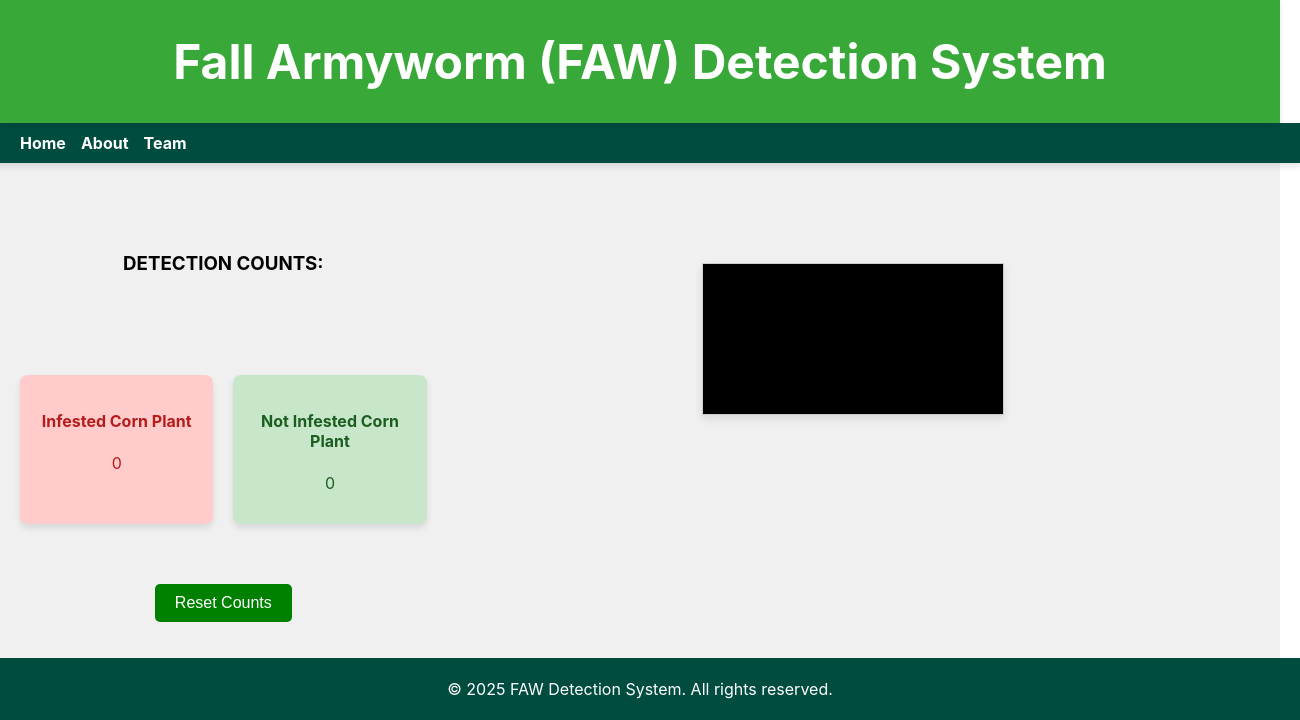
Repository: jansen223/faw-detection-main
Page: /
These files come from the project's save history. The page is drawn as it stood at one moment and after the next save; the edit follows.
The browser window is 1280 px wide. The page is 1300 px wide, so the pictures cover 1300 px, including what lies to the right of the window. The pictures show the whole page.
The page's requests for data from a server got no answer. The project was rebuilt for these pictures with package versions that can differ from the ones it lists, and the page was loaded fresh each time. No one was signed in, and anything a server would have sent is missing.

Above is the page before, as saved 2025-04-10 01:18:39.

### public/index.html
<!DOCTYPE html>
<html lang="en">
<head>
  <meta charset="utf-8" />
  <link rel="icon" href="%PUBLIC_URL%/maize_icon.jpg" />
  <meta name="viewport" content="width=device-width, initial-scale=1" />
  <meta name="theme-color" content="#000000" />
  <meta name="description" content="FAW Detection Web Interface" />
  <title>FAW Detection</title>
</head>
<body>
  <noscript>You need to enable JavaScript to run this app.</noscript>
  <div id="root"></div>
</body>
</html>

### src/App.js
import React, { useEffect, useRef } from 'react';
import { BrowserRouter as Router, Routes, Route, Link } from 'react-router-dom';
import io from 'socket.io-client';
import './App.css';

function Home({ canvasRef, counts, resetCounts }) {
  return (
    <div className="layout-container">
      {/* Detection Section */}
      <div className="detection-section">
        <h3>DETECTION COUNTS:</h3>
        <div className="detection-cards">
          <div className="card infested">
            <h4>Infested Corn Plant</h4>
            <p>{counts.infested}</p>
          </div>
          <div className="card not-infested">
            <h4>Not Infested Corn Plant</h4>
            <p>{counts.notInfested}</p>
          </div>
        </div>
        <button onClick={resetCounts} className="reset-button">
          Reset Counts
        </button>
      </div>

      {/* Camera Section */}
      <div className="camera-section">
        <canvas ref={canvasRef} />
      </div>
    </div>
  );
}

function About() {
  return (
    <div style={{ padding: '20px' }}>
      <h2>About</h2>
      <p>This web app is designed to detect Fall Armyworm infestations in corn plants using a live camera feed and machine learning.</p>
    </div>
  );
}

function Team() {
  const teamMembers = [
    {
      name: "Jansen Relator",
      role: "Machine Learning Engineer",
      description: "Specializes in developing and optimizing machine learning models.",
      image: "images/jansen.png"
    },
    {
      name: "Claire Belle Candia",
      role: "Frontend Developer",
      description: "Focuses on creating user-friendly interfaces and experiences.",
      image: "https://via.placeholder.com/150"
    },
    {
      name: "Anthony Matthew Nemenzo",
      role: "Backend Developer",
      description: "Expert in building scalable and efficient server-side applications.",
      image: "https://via.placeholder.com/150"
    },
    {
      name: "Joren Varquez",
      role: "Project Manager",
      description: "Ensures timely delivery and smooth collaboration across the team.",
      image: "https://via.placeholder.com/150"
    }
  ];

  return (
    <div className="team-container">
      <h2>Meet The Team</h2>
      <div className="team-members">
        {teamMembers.map((member, index) => (
          <div key={index} className="team-member">
            <img src={member.image} alt={`${member.name}`} className="team-member-image" />
            <h3>{member.name}</h3>
            <p className="team-member-role">{member.role}</p>
            <p className="team-member-description">{member.description}</p>
          </div>
        ))}
      </div>
    </div>
  );
}

function App() {
  const canvasRef = useRef(null);
  const socketRef = useRef(null);
  const [counts, setCounts] = React.useState({ infested: 0, notInfested: 0 });

  useEffect(() => {
    // Connect to Flask server
    socketRef.current = io('http://192.168.254.115:5000');

    // Handle video frames
    socketRef.current.on('video_frame', (data) => {
      const img = new Image();
      img.src = `data:[embedded picture, 38 characters]

      img.onload = () => {
        const canvas = canvasRef.current;
        if (!canvas) return;
        const ctx = canvas.getContext('2d');
        canvas.width = img.width;
        canvas.height = img.height;
        ctx.drawImage(img, 0, 0);
      };
    });

    // Handle detection counts
    socketRef.current.on('detection_counts', (data) => {
      setCounts({
        infested: data.infested_count,
        notInfested: data.not_infested_count
      });
    });

    return () => {
      if (socketRef.current) socketRef.current.disconnect();
    };
  }, []);

  const resetCounts = async () => {
    try {
      const response = await fetch('http://192.168.0.17:5000/reset_counts', {
        method: 'POST',
      });
      const data = await response.json();
      if (data.message) {
        setCounts({ infested: 0, notInfested: 0 });
        alert(data.message);
      }
    } catch (error) {
      console.error('Error resetting counts:', error);
    }
  };

  return (
    <Router>
      <div className="App">
        <header className="App-header">
          <h1>Fall Armyworm (FAW) Detection System</h1>
        </header>
        <nav className="App-navbar">
          <ul>
            <li><Link to="/">Home</Link></li>
            <li><Link to="/about">About</Link></li>
            <li><Link to="/team">Team</Link></li>
          </ul>
        </nav>
        <Routes>
          <Route path="/" element={<Home canvasRef={canvasRef} counts={counts} resetCounts={resetCounts} />} />
          <Route path="/about" element={<About />} />
          <Route path="/team" element={<Team />} />
        </Routes>
        <footer className="App-footer">
          <p>&copy; 2025 FAW Detection System. All rights reserved.</p>
        </footer>
      </div>
    </Router>
  );
}

export default App;

### src/App.css
body {
  margin: 0;
  padding: 0;
}

.App {
  text-align: center;
  background-color: #f0f0f0;
  min-height: 100vh;
  display: flex;
  flex-direction: column;
  align-items: center;
}

canvas {
  box-shadow: 0 4px 8px rgba(0,0,0,0.1);
  background: black; /* Shows while loading */
  margin-top: 80px;
  max-width: 100%;
  border: 1px solid #ccc;
}

.stats {
  margin-top: 20px;
  padding: 15px;
  background: white;
  border-radius: 8px;
  box-shadow: 0 2px 4px rgba(0,0,0,0.1);
}

.App-logo {
  height: 40vmin;
  pointer-events: none;
}

@media (prefers-reduced-motion: no-preference) {
  .App-logo {
    animation: App-logo-spin infinite 20s linear;
  }
}

.App-header {
  background-color: rgba(9, 151, 9, 0.795);
  color: white;
  text-align: center;
  font-size: 1.5rem;
  font-weight: bold;
  box-shadow: 0 4px 6px rgba(0, 0, 0, 0.1);
  position: sticky;
  top: 0;
  z-index: 1000;
  width: 100%;
  margin: 0; /* Ensure no margin around the header */
  box-sizing: border-box; /* Include padding in width calculation */
}

.App-link {
  color: #61dafb;
}

@keyframes App-logo-spin {
  from {
    transform: rotate(0deg);
  }
  to {
    transform: rotate(360deg);
  }
}

.reset-button {
  margin-top: 60px;
  padding: 10px 20px;
  background-color: green;
  color: white;
  border: none;
  border-radius: 5px;
  cursor: pointer;
  font-size: 1rem;
  transition: background-color 0.3s ease;
}

.reset-button:hover {
  background-color: darkgreen;
}

.App-navbar {
  background-color: #004d40;
  color: white;
  padding: 10px 20px;
  position: sticky;
  display: flex;
  justify-content: space-between;
  align-items: center;
  box-shadow: 0 4px 6px rgba(0, 0, 0, 0.1);
  width: 100%;
}

.App-navbar ul {
  list-style: none;
  display: flex;
  gap: 15px;
  margin: 0;
  padding: 0;
  padding-left: 20px;
}

.App-navbar a {
  color: white;
  text-decoration: none;
  font-weight: bold;
}

.App-navbar a:hover {
  text-decoration: underline;
}

.detection-cards {
  display: flex;
  gap: 20px;
  margin-top: 100px;
}

.card {
  padding: 15px;
  border-radius: 8px;
  box-shadow: 0 4px 6px rgba(0, 0, 0, 0.1);
  text-align: center;
  flex: 1;
  transition: transform 0.3s ease;
}

.card:hover {
  transform: scale(1.05);
}

.card.infested {
  background-color: #ffcccb;
  color: #b71c1c;
}

.card.not-infested {
  background-color: #c8e6c9;
  color: #1b5e20;
}

.App-footer {
  background-color: #004d40;
  color: white;
  padding: 5px 20px;
  text-align: center;
  position: fixed;
  bottom: 0;
  width: 100%;
}

.team-container {
  padding: 20px;
  text-align: center;
}

.team-members {
  display: flex;
  flex-wrap: wrap;
  gap: 20px;
  justify-content: center;
  margin-top: 20px;
}

.team-member {
  background-color: #ffffff;
  border-radius: 8px;
  box-shadow: 0 4px 6px rgba(0, 0, 0, 0.1);
  padding: 15px;
  text-align: center;
  width: 200px;
}

.team-member-image {
  border-radius: 50%;
  width: 100px;
  height: 100px;
  object-fit: cover;
  margin-bottom: 10px;
}

.team-member-role {
  font-weight: bold;
  color: #004d40;
  margin: 5px 0;
}

.team-member-description {
  font-size: 0.9rem;
  color: #555;
}

.layout-container {
  display: flex;
  justify-content: space-between;
  align-items: flex-start;
  width: 100%;
  padding: 20px;
  box-sizing: border-box;
}

.detection-section {
  margin-top: 50px;
  flex: 1;
  margin-right: 20px;
}

.camera-section {
  flex: 2;
  display: flex;
  justify-content: center;
}

Loaded but not shown: src/index.js (common file); src/index.css (common file); src/reportWebVitals.js (common file)

After the next save:
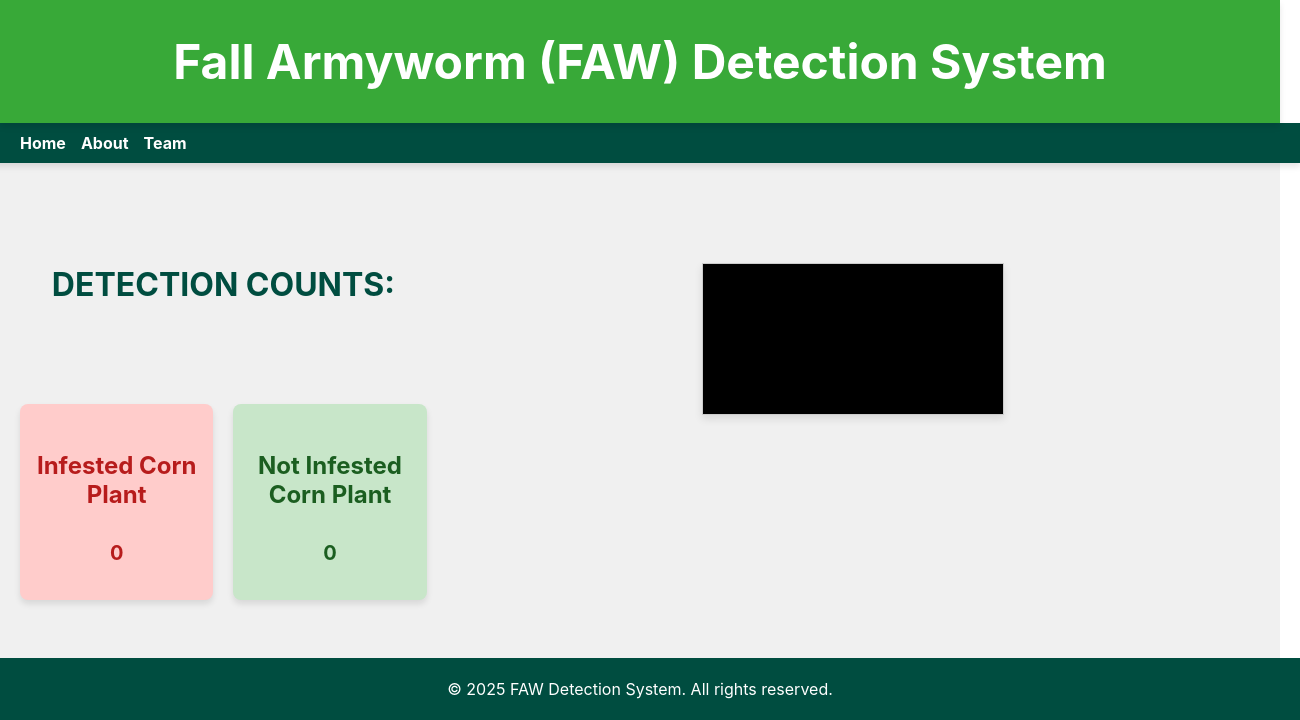
Saved 86 s later.
--- a/src/App.css
+++ b/src/App.css
@@ -209,6 +209,21 @@ canvas {
   margin-right: 20px;
 }
 
+.detection-section h3 {
+  font-size: 2rem; /* Increase the font size for the heading */
+  font-weight: bold;
+  color: #004d40; /* Optional: Add a color for better visibility */
+}
+
+.detection-cards .card h4 {
+  font-size: 1.5rem; /* Increase the font size for card titles */
+}
+
+.detection-cards .card p {
+  font-size: 1.25rem; /* Increase the font size for card counts */
+  font-weight: bold;
+}
+
 .camera-section {
   flex: 2;
   display: flex;
